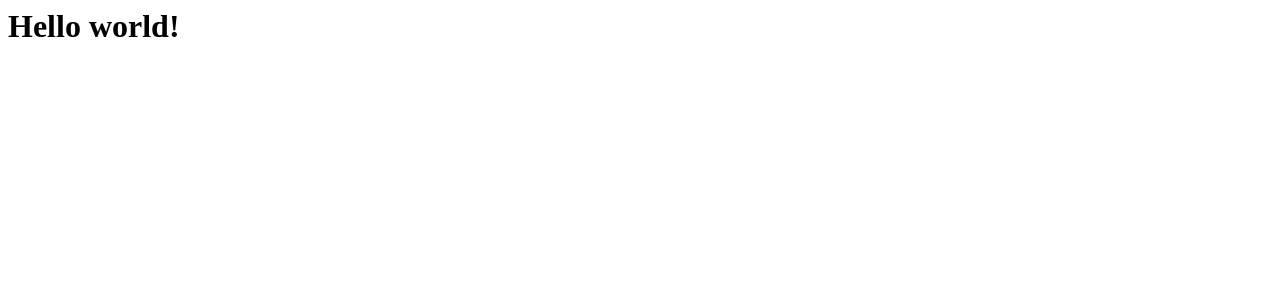
Repository: Prasadmedari/Flask
Page: http://localhost/
The author's editor kept a copy of each file at every save. The page is drawn from the files as they stood at one save, then again after the next save.
The browser window is 1280 px wide. The pictures show the whole page.
The page is served by the project's application, run on Flask 3 (app.py).

Above is the page before, as saved 2023-07-25 11:55:07.

After the next save:
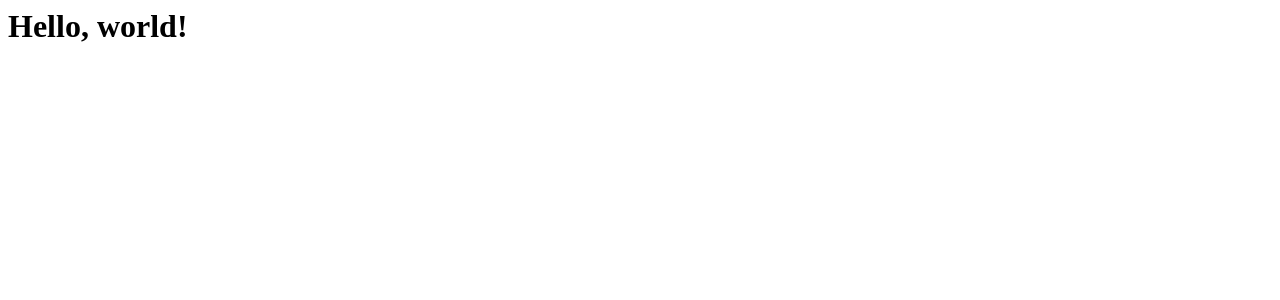
Saved 38 s later.
--- a/app.py
+++ b/app.py
@@ -7,7 +7,7 @@ app=Flask(__name__)
 
 @app.route('/')
 def home():
-    return "<h1>Hello world!<h1>"
+    return "<h1>Hello, world!<h1>"
 
 
 @app.route('/welcome')
